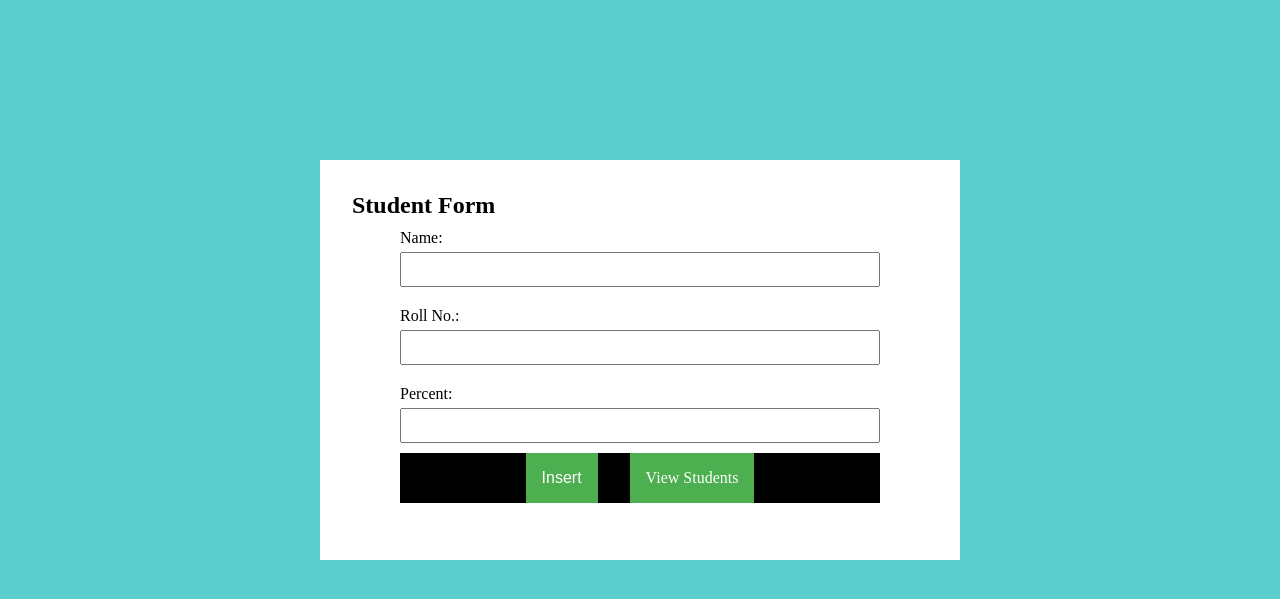
Repository: deeptimahisare1206/Todo_List
Page: http://localhost/Hib_Nest/
These files come from the project's save history. The page is drawn as it stood at one moment and after the next save; the edit follows.
The browser window is 1280 px wide. The pictures show the whole page.
The page is served by Tomcat 10. Other server files are loaded and not shown.

Above is the page before, as saved 2024-11-17 16:13:30.

### Hib_Nest/src/main/webapp/index.jsp
<%@ page language="java" contentType="text/html; charset=UTF-8"
	pageEncoding="UTF-8"%>
<html>
<head>
<style>
*{
margin:0;
padding:0;
box-sizing: border-box;

}
body {
display:grid;
place-items:center;
	background-color: #5acdcd;
	gap: 2rem;
	height: 100vh;
}

.container{
padding:2rem;
	background-color: white;
	height: 25rem;
	width:50vw;
}

form {
    width: 30rem;
    margin: 0 auto;
}

label {
    display: block;
    margin: 10px 0 5px;
}

input[type="text"],
input[type="number"] {
    width: 100%;
    padding: 8px;
    margin-bottom: 10px;
}

input[type="submit"] ,a{
    background-color: #4CAF50;
    color: white;
    font-size:1rem;
    padding: 1rem;
    border: none;
    cursor: pointer;
    text-decoration: none;
}

input[type="submit"]:hover {
    background-color: #45a049;
}
.btns{
width: 100%;
background-color: black;
display: flex;
gap:2rem;
justify-content:center;
}
</style>
</head>
<body>
<div class="container">
	<h2>Student Form</h2>

	<form action="Register" method="get">
		<label>Name:</label><input type="text" name="name"><label>Roll
			No.: </label> <input type="number" name="roll"> <label>Percent:
		</label><input type="number" name="percent">
		<div class="btns"> <input type="submit"
			value="Insert">
			<a href="Display.jsp">View Students</a></div>
	</form>
	</div>
</body>
</html>

After the next save:
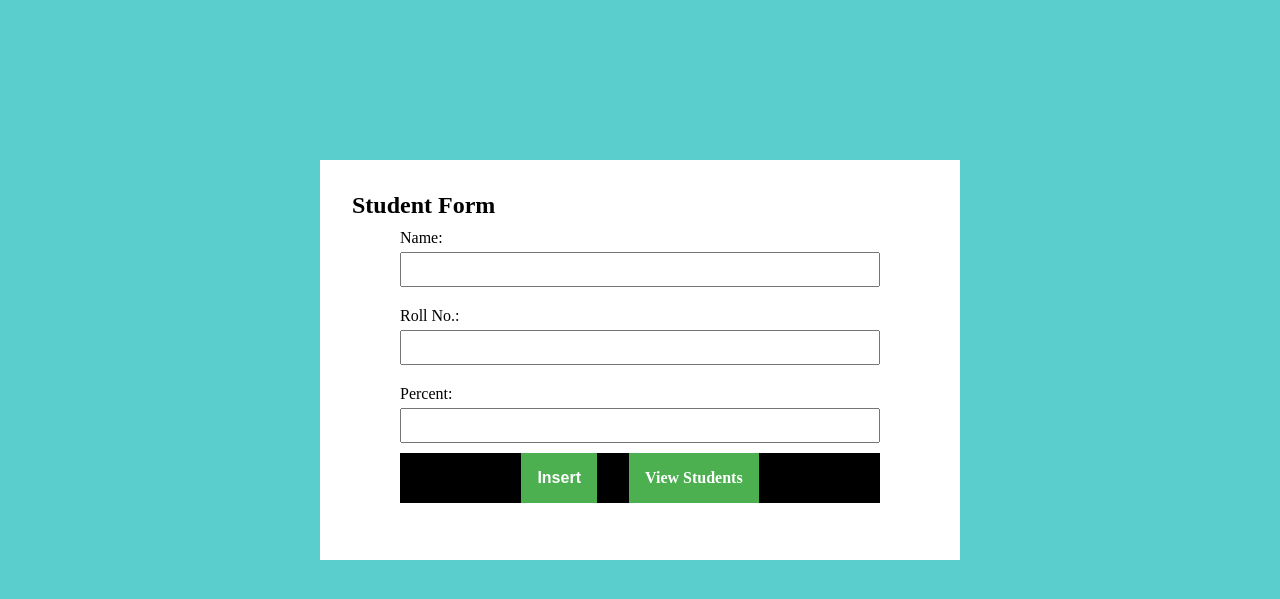
Saved 14 s later.
--- a/Hib_Nest/src/main/webapp/index.jsp
+++ b/Hib_Nest/src/main/webapp/index.jsp
@@ -45,6 +45,7 @@ input[type="submit"] ,a{
     background-color: #4CAF50;
     color: white;
     font-size:1rem;
+    font-weight:bolder;
     padding: 1rem;
     border: none;
     cursor: pointer;
